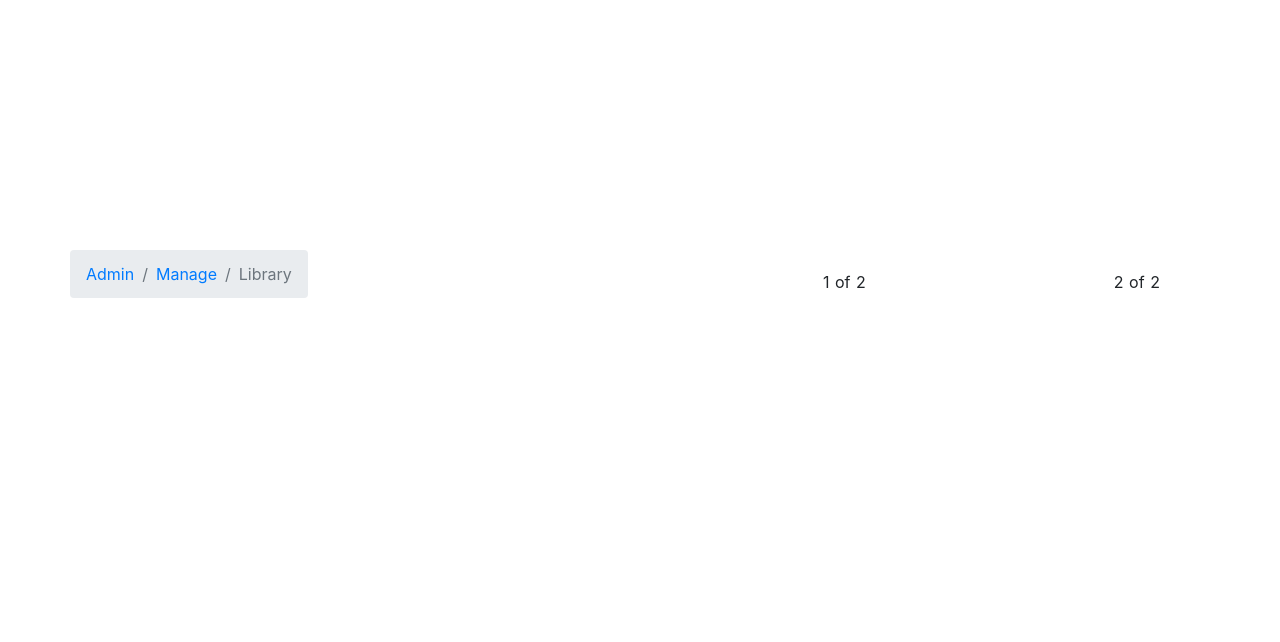
Repository: MTTTM/nuxt-xiaomatata
Page: /
An editor plug-in stored every save of this project. The page is shown before and after the next save, followed by the edit.
The browser window is 1280 px wide. The pictures show the part of the page from y = 678 to 1630 px (the page is 1320 px tall before and 2040 px after).
The project was rebuilt for these pictures with package versions that can differ from the ones it lists, and the page was loaded fresh each time. The framework's server and built-in components were replaced by stand-ins that run in the browser. Also part of the build but not shown: nuxt.config.js, components/Logo.vue, components/aboutMe.vue, components/articleListItem.vue, components/bloggerRanking.vue, components/carouselBox.vue, components/classifyList.vue, components/commentBox.vue and 7 more. Imported but missing from the stored project, and not drawn on this page: components/cmSpinner, mixins/scrollLoad.

Above is the page before, as saved 2021-04-10 11:12:13.

After the next save:
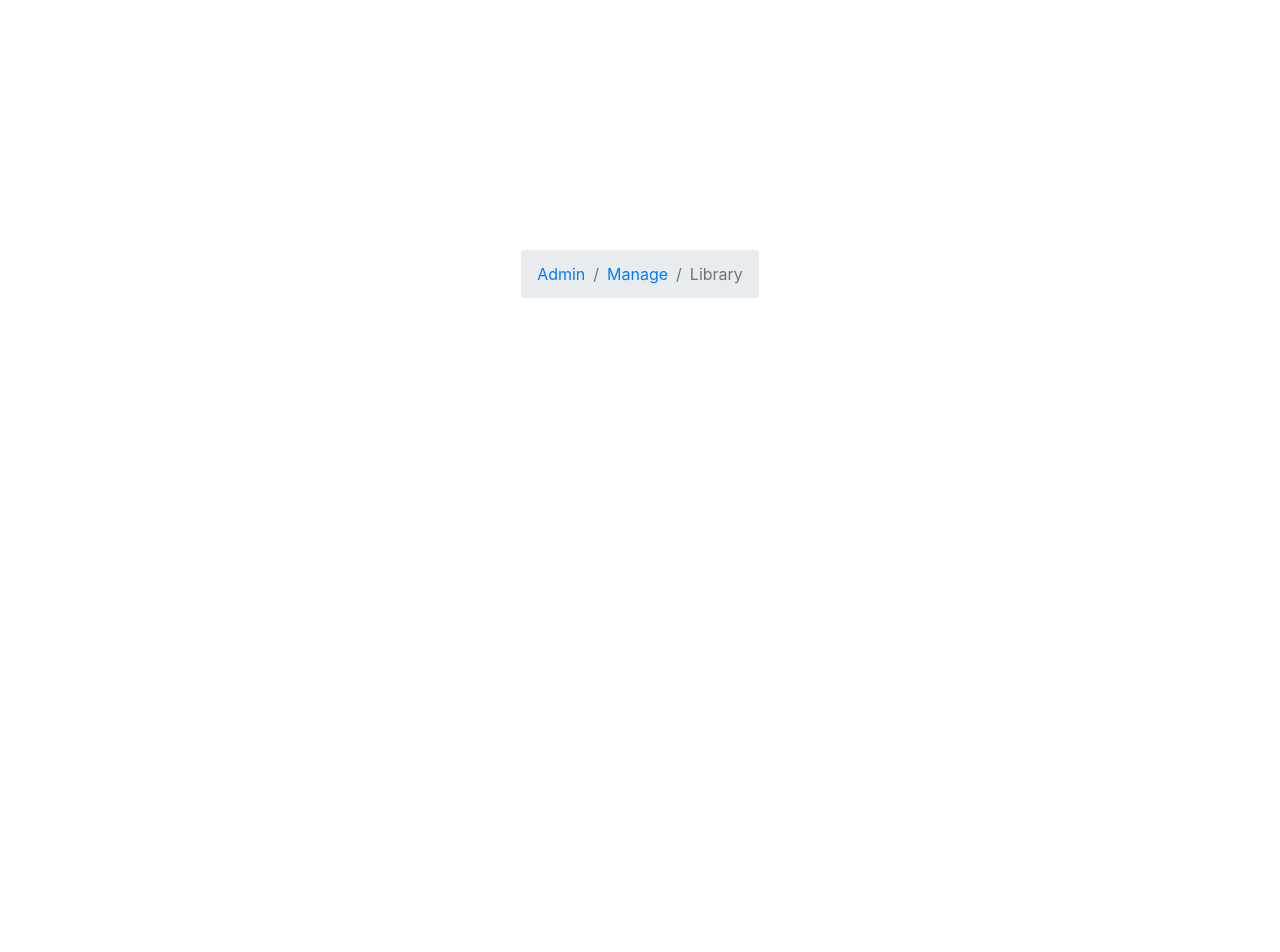
Saved 72 s later.
--- a/pages/index.vue
+++ b/pages/index.vue
@@ -53,11 +53,10 @@
         </p>
       </b-carousel-slide>
     </b-carousel>
-
     <b-container class="bv-example-row">
-      <b-row class="w-100">
-        <breadCrumb />
-      </b-row>
+      <breadCrumb />
+    </b-container>
+    <b-container class="bv-example-row">
       <b-row class="w-100">
         <b-col cols="9" md="9" sm="12">1 of 2</b-col>
         <b-col cols="3" md="3" sm="12">2 of 2</b-col>
